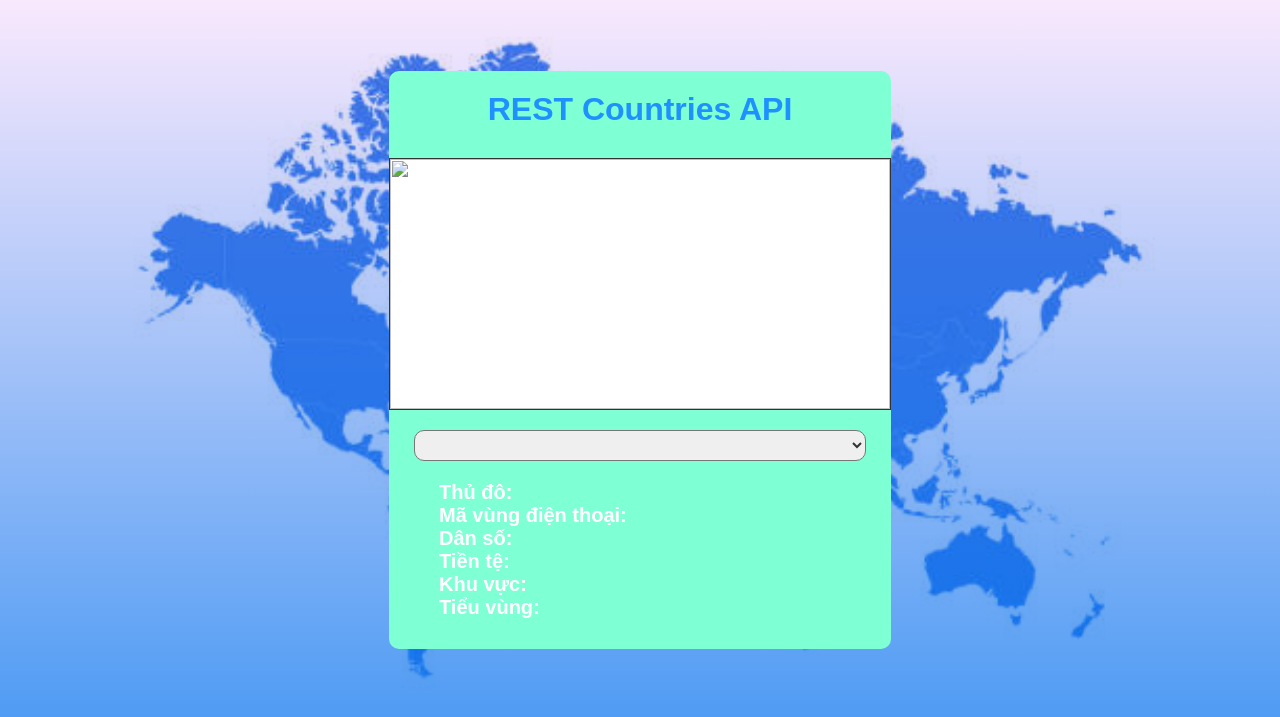
Repository: KhoaTran204/Rest-countries-api-app
Page: index.html
The author's editor kept a copy of each file at every save. The page is drawn from the files as they stood at one save, then again after the next save.
The browser window is 1280 px wide. The pictures show the whole page.
The page's requests for data from a server got no answer.

Above is the page before, as saved 2024-04-14 08:54:12.

After the next save:
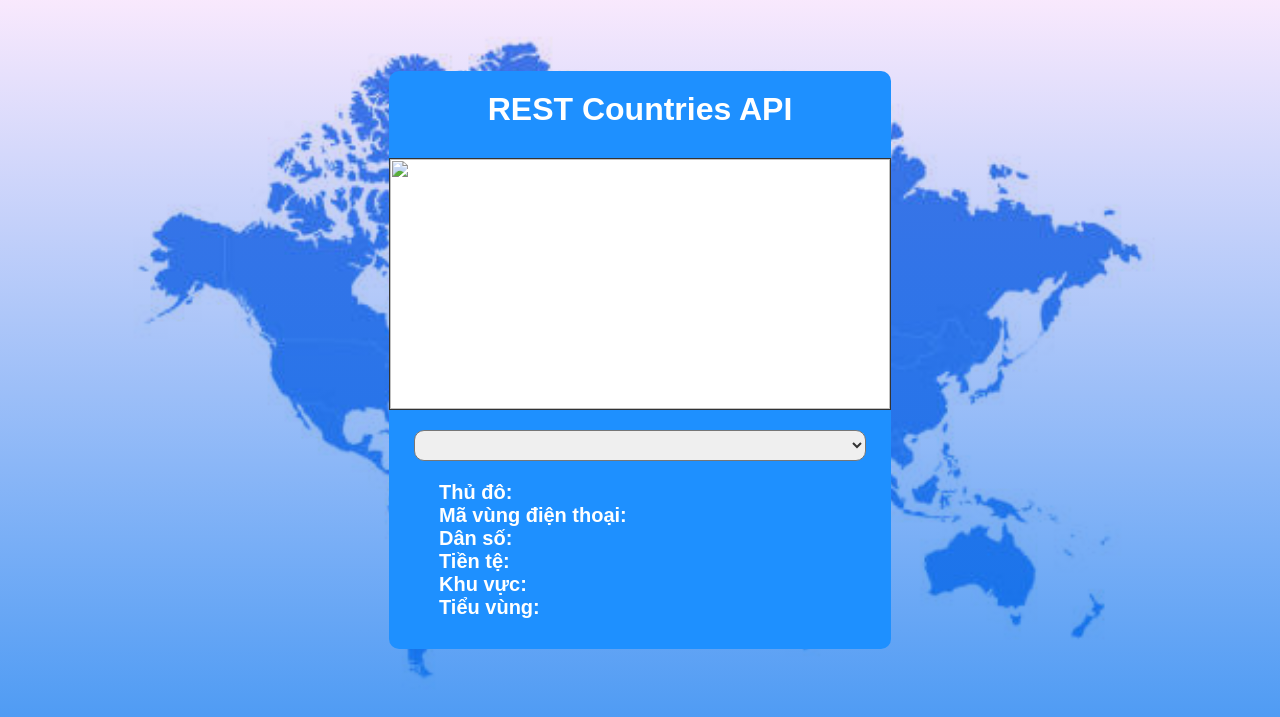
Saved 32 s later.
--- a/style.css
+++ b/style.css
@@ -35,12 +35,12 @@ body {
 }
 
 .container {
-  background-color: aquamarine;
+  background-color: #1e90ff;
   border-radius: 10px;
 }
 .container h1 {
   text-align: center;
-  color: #1e90ff;
+  color: #fff;
   margin-top: 20px;
 }
 #main-container {
